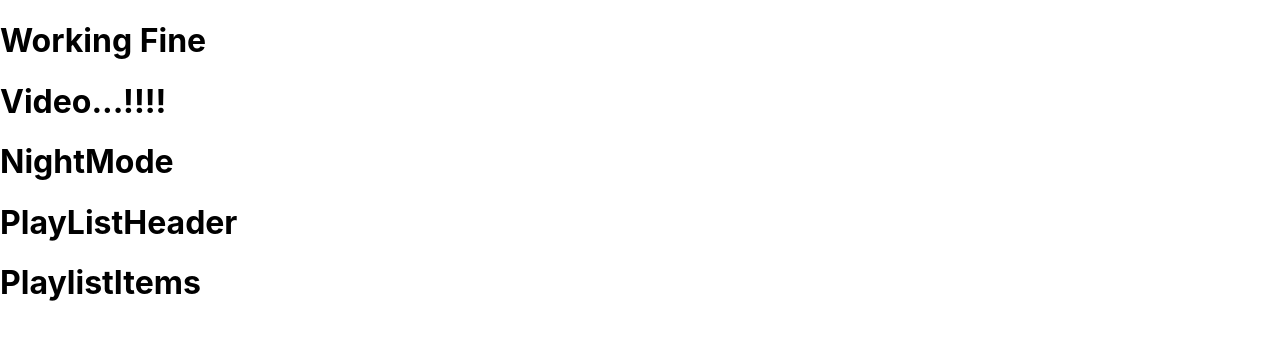
Repository: Prafullkuma/Videos
Page: /
The author's editor kept a copy of each file at every save. The page is drawn from the files as they stood at one save, then again after the next save.
The browser window is 1280 px wide. The pictures show the whole page.
The project was rebuilt for these pictures with package versions that can differ from the ones it lists, and the page was loaded fresh each time.

Above is the page before, as saved 2020-10-01 09:58:16.

### src/index.js
import React from 'react';
import ReactDOM from 'react-dom';
import './index.css';
import App from './Components/Component/App';

ReactDOM.render(
  <React.StrictMode>
    <App />
  </React.StrictMode>,
  document.getElementById('root')
);

### src/Components/Component/App.js
import React from 'react';
import Wbnplayer from '../Component/Wbnplayer'
function App() {
  return (
    <div className="App">
      <h1>Working Fine</h1>
      <Wbnplayer />
    </div>
  );
}

export default App;

### src/Components/Component/Wbnplayer.js
import React from 'react'
import Video from '../Styles/Video'
import PlayList from './PlayList'
const Wbnplayer = (props) => {
    return (
        <div>
            <Video />
            <PlayList />
        </div>
    )
}

export default Wbnplayer

### src/Components/Styles/Video.js
import React from 'react'
import ReactPlayer from 'react-player'
export const Video = (props) => {
    return (
        <div>
            <h1>Video...!!!!</h1>
        </div>
    )
}
export default Video

### src/Components/Component/PlayList.js
import React from 'react'
import PlayListHeader from '../Styles/PlaylistHeader'
import PlayListItems from '../Styles/PlaylistItems'
import NightMode from '../Styles/NightMode'
const PlayList = props => {
    return (
        <div>
            <NightMode />
            <PlayListHeader />
            <PlayListItems />
        </div>
    )
}

export default PlayList

### src/Components/Styles/PlaylistHeader.js
import React from 'react'

function PlaylistHeader() {
    return (
        <div>
            <h1>PlayListHeader</h1>
        </div>
    )
}

export default PlaylistHeader

### src/Components/Styles/PlaylistItems.js
import React from 'react'

function PlaylistItems() {
    return (
        <div>
            <h1>PlaylistItems</h1>
        </div>
    )
}

export default PlaylistItems

### src/Components/Styles/NightMode.js
import React from 'react'

function NightMode() {
    return (
        <div>
            <h1>NightMode</h1>
        </div>
    )
}

export default NightMode

Loaded but not shown: public/index.html (common file); src/index.css (common file)

After the next save:
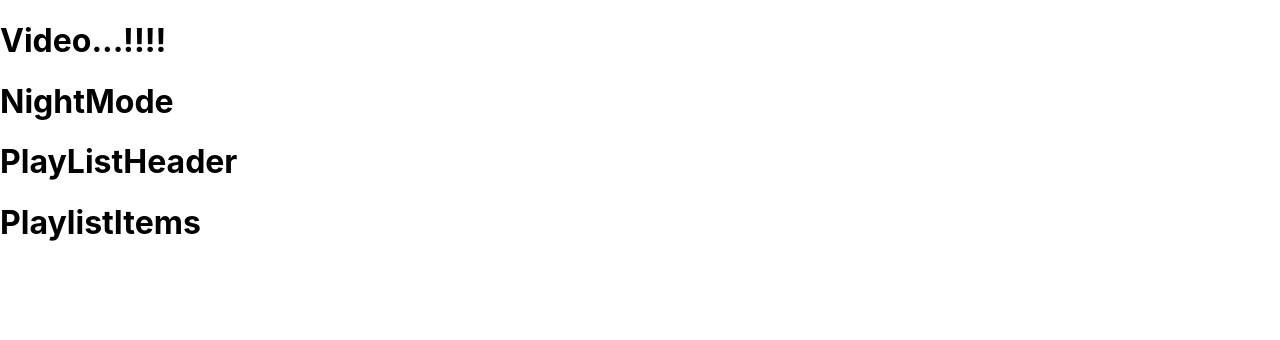
Saved 30 s later.
--- a/src/Components/Component/App.js
+++ b/src/Components/Component/App.js
@@ -3,7 +3,6 @@ import Wbnplayer from '../Component/Wbnplayer'
 function App() {
   return (
     <div className="App">
-      <h1>Working Fine</h1>
       <Wbnplayer />
     </div>
   );
